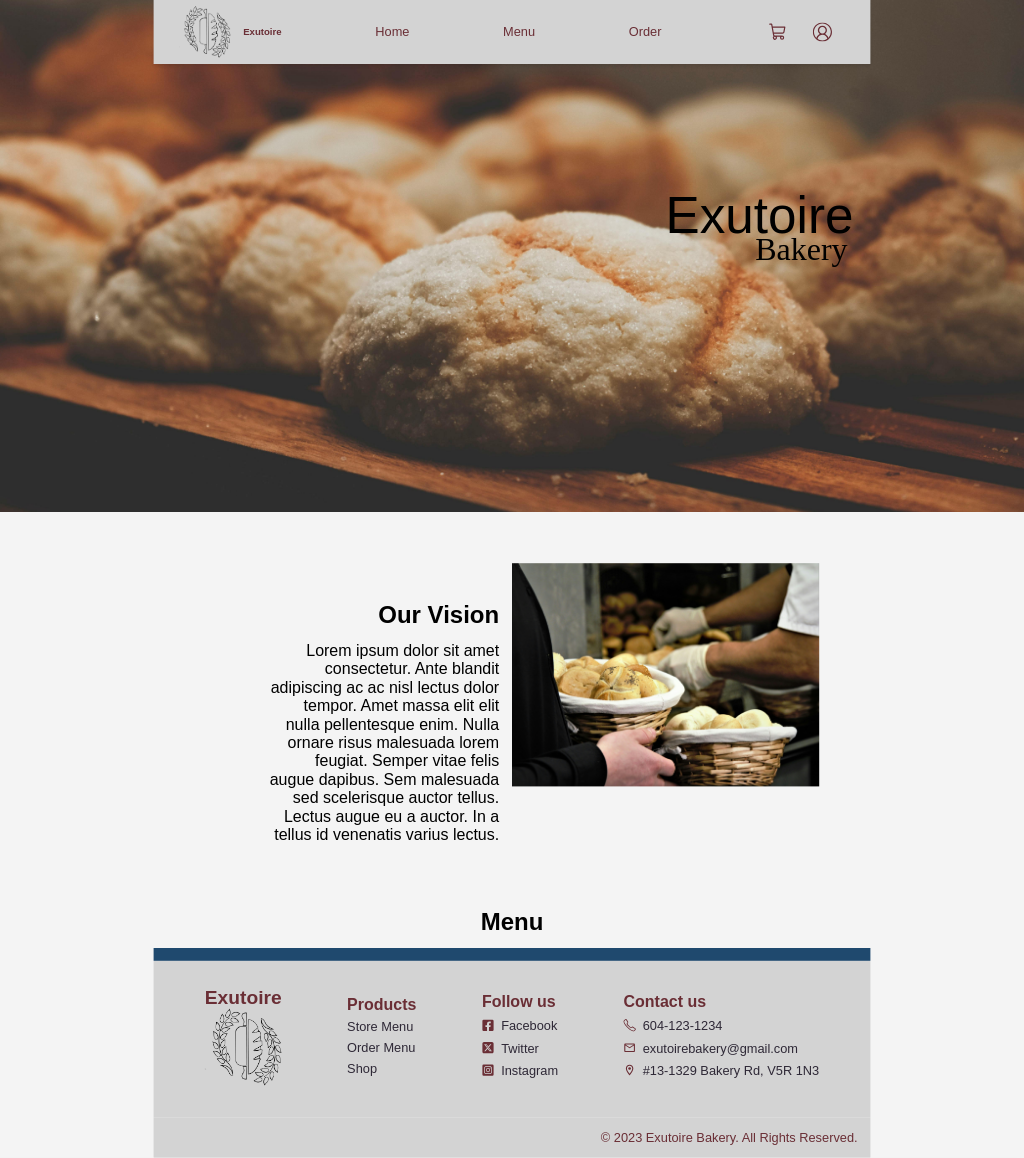
Repository: MelissaJacobi/COMP3170-final-proj
Page: /
These files come from the project's save history. The page is drawn as it stood at one moment and after the next save; the edit follows.
The browser window is 1280 px wide. The pictures show the whole page, at 80% of full size.
The project was rebuilt for these pictures with package versions that can differ from the ones it lists, and the page was loaded fresh each time. Also part of the build but not shown: vite.config.js.

Above is the page before, as saved 2024-10-05 17:21:18.

### src/main.tsx
import { StrictMode } from 'react'
import { createRoot } from 'react-dom/client'
import App from './App.tsx'
import './index.css'

 createRoot(document.getElementById('root')!).render(
   <StrictMode>
     <App />
   </StrictMode>,
 )

### src/App.tsx
import styles from  './App.module.css'
import Header from './components/Header'
import Footer from './components/Footer'
import Carousel from './components/Carousel'
import Vision from './components/Vision'
import MenuGallery from './components/MenuGallery'

function App() {

  return (
    <>
      <Carousel></Carousel>
      <div className={styles.appContainer}>
        <Header></Header>
        <div className={styles.filler}></div>
        <Vision></Vision>
        <MenuGallery></MenuGallery>
        <Footer></Footer>
      </div>
    </>
  )
}

export default App

### src/index.css
* {
  margin: 0;
  padding: 0;
  box-sizing: border-box;
}

body {
  font-family: Arial, sans-serif;
  line-height: 1.6;
  background-color: #f4f4f4;
}

:root {
  --primary-color: lightgrey;
  --secondary-color: lightblue;
  --accent-color: #6A2E35;
  --background-color: white;
  --text-color: #2E2836;
}

### src/App.module.css
.appContainer {
    width: 70%;
    height: 100%;
    margin: auto;
}

.filler {
    height: 35rem;
}

### src/components/Header.tsx
import styles from './Header.module.css'
import logo from "../assets/images/logo.png"
import { PiShoppingCart } from "react-icons/pi";
import { VscAccount } from "react-icons/vsc";

export default function Header() {

  return (
    <>
      <div className={styles.container}>
        <div>
            <img src={logo} alt="Logo" className={styles.logo}/>
            <p className={styles.siteTitle}>Exutoire</p>
        </div>
        <a className={styles.links}>Home</a>
        <a className={styles.links}>Menu</a>
        <a className={styles.links}>Order</a>
        <div>
          <PiShoppingCart className={styles.icon}/>
          <VscAccount className={styles.icon}/>
        </div>
      </div>
    </>
  )
}

### src/components/Footer.tsx
import logo from "../assets/images/logo.png"
import styles from "./Footer.module.css"
import { FaFacebookSquare } from "react-icons/fa";
import { FaSquareXTwitter } from "react-icons/fa6";
import { FaInstagramSquare } from "react-icons/fa";
import { SlPhone } from "react-icons/sl";
import { MdOutlineMailOutline } from "react-icons/md";
import { MdOutlineLocationOn } from "react-icons/md";

export default function Footer() {

  return (
    <>
      <div className={styles.container}>
        <div>
            <p className={styles.siteTitle}>Exutoire</p>
            <img src={logo} alt="Logo" className={styles.logo}/>
        </div>
        <ul>
          <p>Products</p>
          <li>Store Menu</li>
          <li>Order Menu</li>
          <li>Shop</li>
        </ul>
        <ul>
          <p>Follow us</p>
          <li><FaFacebookSquare className={styles.socialIcon}/>Facebook</li>
          <li><FaSquareXTwitter className={styles.socialIcon}/>Twitter</li>
          <li><FaInstagramSquare className={styles.socialIcon}/>Instagram</li>
        </ul>
        <ul>
          <p>Contact us</p>
          <li><SlPhone  className={styles.socialIcon}/>604-123-1234</li>
          <li><MdOutlineMailOutline className={styles.socialIcon}/>exutoirebakery@gmail.com</li>
          <li><MdOutlineLocationOn className={styles.socialIcon}/>#13-1329 Bakery Rd, V5R 1N3</li>
        </ul>
      </div>
      <p className={styles.copywrite}>© 2023 Exutoire Bakery.  All Rights Reserved.</p>
    </>
  )
}

### src/components/Carousel.tsx
import styles from "./Carousel.module.css"
import banner from "../assets/images/banner.jpg"

function Carousel() {

  return (
    <>
        <h1 className={styles.header}>Exutoire</h1>
        <p className={styles.subtitle}>Bakery</p>
        <img src={banner} alt="banner image" className={styles.banner}></img>
    </>
  )
}

export default Carousel

### src/components/Vision.tsx
import styles from  './Vision.module.css'
import VisionImg from "../assets/images/VisionImg.jpg"

function Vision() {

  return (
    <>
        <div className={styles.vision}>
            <div className={styles.visionText}>
                <h2>Our Vision</h2>
                <p>Lorem ipsum dolor sit amet consectetur. Ante blandit adipiscing ac ac nisl lectus dolor tempor. Amet massa elit elit nulla pellentesque enim. Nulla ornare risus malesuada lorem feugiat. Semper vitae felis augue dapibus. Sem malesuada sed scelerisque auctor tellus. Lectus augue eu a auctor. In a tellus id venenatis varius lectus.</p>
            </div>
            <div className={styles.visionPic}>
                <img src={VisionImg} alt="Vision" className={styles.visionImg}/>
            </div>
        </div>
    </>
  )
}

export default Vision

### src/components/MenuGallery.tsx
import styles from  './MenuGallery.module.css'


export default function MenuGallery() {

  return (
    <>
    <div  className={styles.container}>
        <h2>Menu</h2>
        <div className={styles.gallery}>

        </div>
    </div>

    </>
  )
}

### src/components/Header.module.css
.container {
    background-color: var(--primary-color);
    width: 100%;
    height: 5rem;
    display: flex;
    align-items: center;
    justify-content: space-between;
    padding: 2rem;
    position: sticky;
    top: 0;
    z-index: 1000;
    box-shadow: 0 2px 4px rgba(0, 0, 0, 0.1);
}

.logo {
    height: 4rem;
    width: 4rem;
}

.siteTitle {
    font-size: 12px;
    font-style: normal;
    font-weight: 700;
    line-height: normal;
    margin-left: 1rem;
    color: var(--accent-color)
}

.container div {
    display: flex;
    align-items: center;
}

.links {
    font-size: 16px;
    font-style: normal;
    font-weight: 400;
    line-height: normal;
    color: var(--accent-color)
}

.icon {
    height: 1.5rem;
    width: 1.5rem;
    margin: 1rem;
    color: var(--accent-color)
}

### src/components/Footer.module.css
.container {
    background-color: var(--primary-color);
    height: 100%;
    width: 100%;
    display: flex;
    align-items: center;
    justify-content: space-between;
    padding: 2rem 4rem;
}

.container div{
    text-align: center;
}

.logo {
    width: 6rem;
    height: 6rem;
}

.siteTitle {
    font-size: 24px;
    font-style: normal;
    font-weight: 700;
    line-height: normal;
    color: var(--accent-color)
}

.container ul p {
    color: var(--accent-color);
    font-size: 20px;
    font-style: normal;
    font-weight: 700;
    line-height: normal;
}

.container ul li {
    font-size: 16px;
    font-style: normal;
    font-weight: 400;
    line-height: normal;
    margin: 0.5rem 0rem;
    padding: 0;
    list-style-type: none;
    color: var(--text-color)
}

.socialIcon {
    transform: translateY(0.1rem);
    color: var(--accent-color);
    margin-right: 0.5rem;
}

.copywrite {
    width: 100%;
    text-align: right;
    padding: 1rem;
    font-size: 16px;
    font-style: normal;
    font-weight: 400;
    line-height: normal;
    color: var(--accent-color);
    background-color: var(--primary-color);
}

### src/components/Carousel.module.css
.banner {
    width: 100%;
    height: 40rem;
    background-color: var(--secondary-color);
    position: absolute;
    object-fit: cover;
}

.header {
    position: absolute;
    top: 50%;
    left: 50%;
    transform: translate(12rem, -8rem);
    z-index: 1000;
    font-size: 64px;
    font-style: normal;
    font-weight: 400;
    line-height: normal;
}

.subtitle {
    color: var(--Black, #000);
    font-family: "Inria Sans";
    font-size: 40px;
    font-style: normal;
    font-weight: 400;
    line-height: normal;
    top: 50%;
    left: 50%;
    transform: translate(19rem, -4.5rem);
    z-index: 999;
    position: absolute;
}

### src/components/Vision.module.css
.vision {
    width: 100%;
    display: flex;
    padding: 4rem;
}

.visionText {
    width: 50%;
    height: 100%;
    padding: 1rem;
}

.visionText h2 {
    font-size: 30px;
    font-style: normal;
    font-weight: 700;
    line-height: normal;
    text-align: right;
    margin: 2rem 0 1rem 0;
}

.vision p {
    text-align: right;
    padding-left: 4rem;
    font-size: 20px;
    font-style: normal;
    font-weight: 300;
    line-height: normal;
}

.visionPic {
    width: 50%;
    height: 100%;
}

.visionImg {
    width: 100%;
}

### src/components/MenuGallery.module.css
.container {
    display: flex;
    flex-direction: column;
    align-items: center;
    justify-content: center;
    height: 100%;
}

h2 {
    font-size: 30px;
    font-style: normal;
    font-weight: 700;
    line-height: normal;
    text-align: center;
    margin: 0;
}

.gallery {
    width: 100%;
    height: 1rem;
    background-color: rgb(31, 73, 110);
    margin-top: 1rem;
}

Loaded but not shown: index.html (common file)

After the next save:
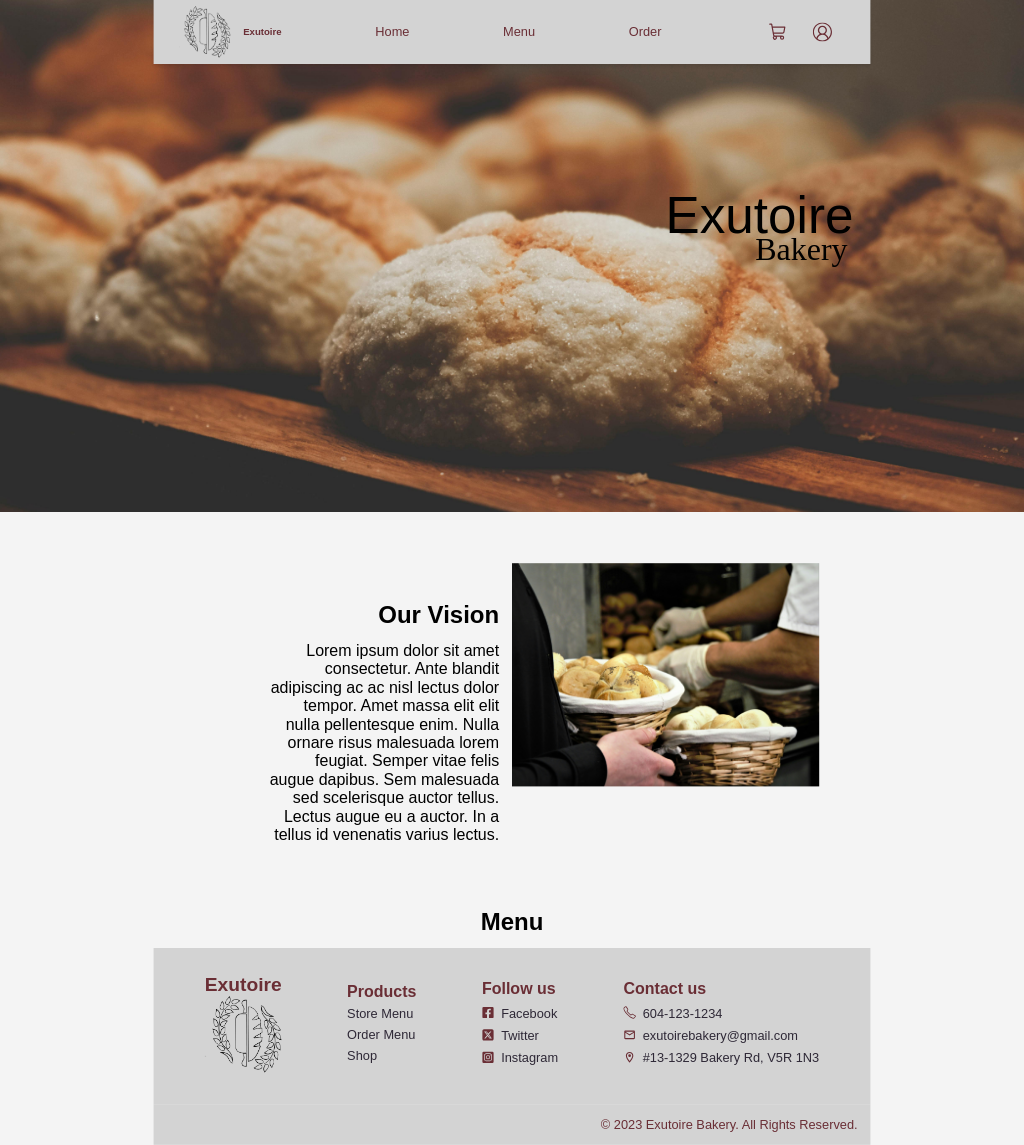
Saved 4 min 14 s later.
--- a/src/components/MenuGallery.module.css
+++ b/src/components/MenuGallery.module.css
@@ -17,7 +17,5 @@ h2 {
 
 .gallery {
     width: 100%;
-    height: 1rem;
-    background-color: rgb(31, 73, 110);
     margin-top: 1rem;
 }
